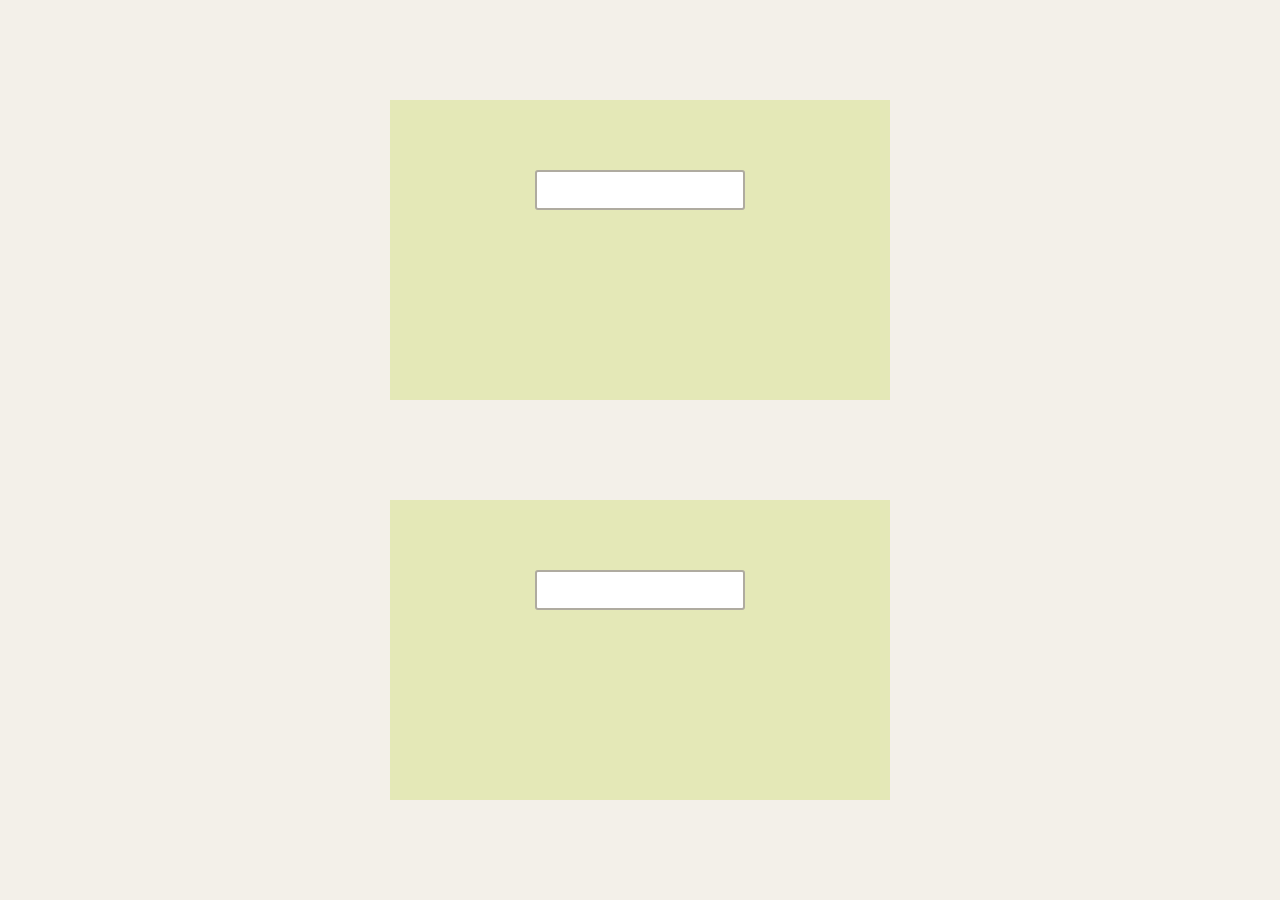
Repository: NadiaSchmitz/dual_dezimal.githab.io
Page: index.html
The author's editor kept a record of every edit. The page is drawn from the files as they stood at one moment, then again after the next edit.
The browser window is 1280 px wide. The pictures show the whole page.

Above is the page before.

### index.html
<!DOCTYPE html>
<html>

<head>
  <meta name="viewport" content="width=device-width, initial-scale=1">
  <meta charset="utf-8" />
  <title>Dual Dezimal</title>
  <link rel="stylesheet" href="style.css" type="text/css" />
  <link rel="icon" href="favicon.png" type="image/x-icon">
  <link rel="preconnect" href="https://fonts.googleapis.com">
  <link rel="preconnect" href="https://fonts.gstatic.com" crossorigin>
  <link href="https://fonts.googleapis.com/css2?family=Oswald&display=swap" rel="stylesheet">
  <script src="https://ajax.googleapis.com/ajax/libs/jquery/3.5.1/jquery.min.js"></script>
</head>

<body>
  <section class="wrapper">
    <div class="inner_wrapper">
      <div>
        <input type="number" name="dezimal" id="dezimal"/>
        <p id="dual"></p>
      </div>
    </div>
  </section>

  <section class="wrapper">
    <div class="inner_wrapper">
      <div>
        <input type="number" name="dezimal" id="dezimal"/>
        <p id="dual"></p>
      </div>
    </div>
  </section>

  <script type="text/javascript" src="dualdezimal.js"></script>
  <script type="text/javascript" src="dezimaldual.js"></script>
</body>

</html>

### style.css
body {
  font-family: "Oswald", sans-serif;
  font-size: 20px;
  background-color: #f3f0e9;
  text-align: center;
}

.wrapper {
  width: 500px;
  margin: 100px auto;
}

@media only screen and (max-width: 500px) {
  .wrapper {
    width: 300px;
    margin: 30px auto;
  }
}

.inner_wrapper {
  height: 300px;
  box-sizing: border-box;
  background-color: #e4e8b7;
  padding: 70px;
}

@media only screen and (max-width: 500px) {
  .inner_wrapper {
    height: 260px;
    padding: 70px 0 70px 0;
  }
}

.inner_wrapper:nth-of-type(1) {
  margin: 0 0 50px 0;
}

.inner_wrapper:nth-of-type(2) {
  background-color: #eccfc5;
}

input {
  width: 200px;
  height: 30px;
  font-family: "Oswald", sans-serif;
  font-size: 20px;
  text-align: center;
  border: 2px solid #afaba0;
  border-radius: 3px;
  outline: none;
  margin: 0 auto 30px;
  padding: 3px;
}

input::-webkit-outer-spin-button,
input::-webkit-inner-spin-button {
  -webkit-appearance: none;
  -moz-appearance: textfield;
  background: #0a377e;
  margin: 0;
}

### dualdezimal.js
$(document).on('input', '#dual_1', function() {
  let zahl1 = $("#dual_1").val().split("");
  let dezimal1 = 0;
  for (var i = 0; i < zahl1.length; i++) {
    dezimal1 = dezimal1 + zahl1[i] * Math.pow(2, zahl1.length - i - 1);
  }
  $("#dezimal_1").text(dezimal1);
})

### dezimaldual.js
$(document).on('input', '#dezimal', function() {
  let zahl = $("#dezimal").val();
  let dual = [];
  let rezT = zahl;
  for (var i = zahl; i > 0; i = Math.floor(i / 2)) {
    rezT = Math.floor(rezT) / 2;
    if (rezT == Math.floor(rezT)) {
      dual.push(0);
    }
    else {
      dual.push(1);
    }
  }
  dual = dual.reverse();
  $("#dual").text(dual.join(""));

})

After the next edit:
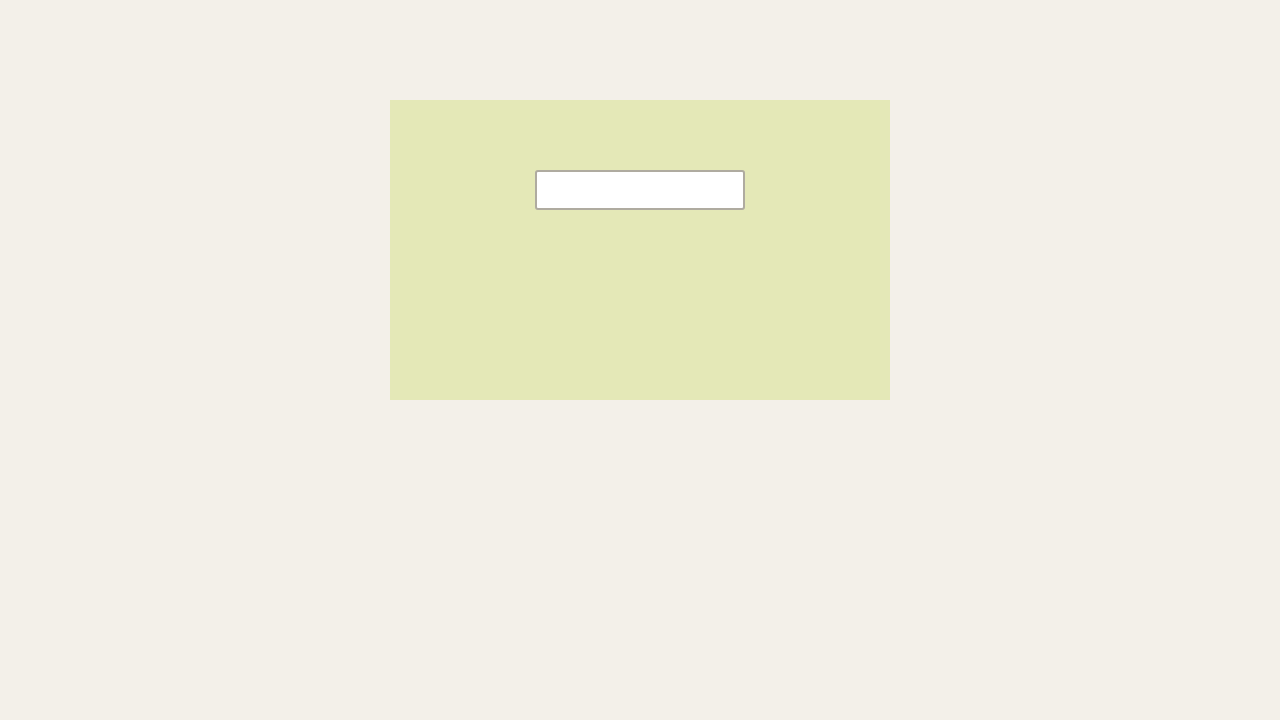
The edit:
--- a/index.html
+++ b/index.html
@@ -24,12 +24,7 @@
   </section>
 
   <section class="wrapper">
-    <div class="inner_wrapper">
-      <div>
-        <input type="number" name="dezimal" id="dezimal"/>
-        <p id="dual"></p>
-      </div>
-    </div>
+
   </section>
 
   <script type="text/javascript" src="dualdezimal.js"></script>
